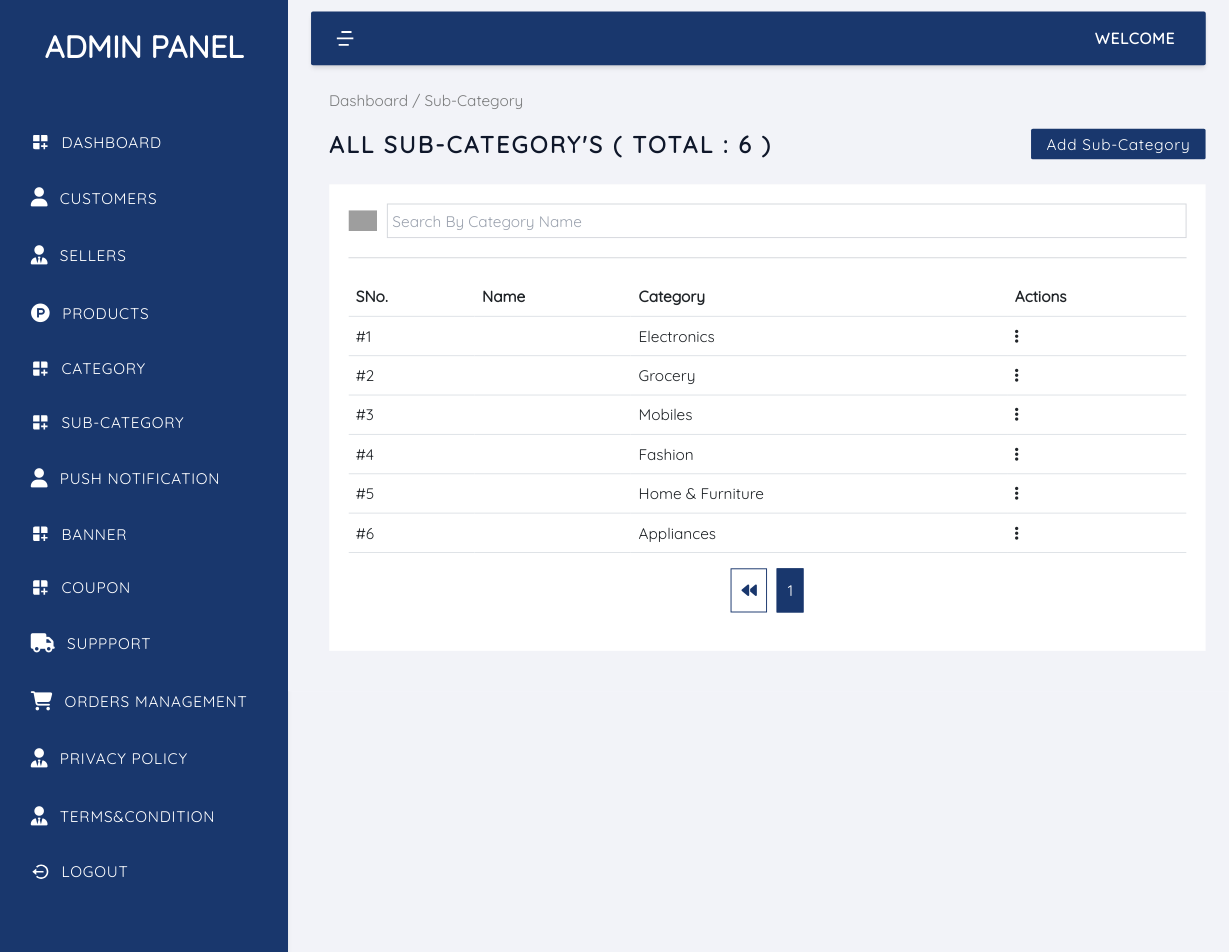
Repository: shishpal2000/admin.aschpro
Page: /SubCategory
An editor plug-in stored every save of this project. The page is shown before and after the next save, followed by the edit.
The browser window is 1280 px wide. The pictures show the whole page, at 96% of full size.
Pictures or frames that could not be fetched are drawn as grey boxes. Some web libraries are served in a nearby version. The project was rebuilt for these pictures with package versions that can differ from the ones it lists, and the page was loaded fresh each time. Also part of the build but not shown: src/E-CommerceAdmin/forms/Login.jsx, src/E-CommerceAdmin/pages/Dashboard.jsx, src/E-CommerceAdmin/pages/ECategory.js, src/E-CommerceAdmin/pages/EProduct.js, src/E-CommerceAdmin/pages/EVendorList.js, src/E-CommerceAdmin/pages/EAdminOrders.js, src/E-CommerceAdmin/pages/EAdminDelivery.js, src/E-CommerceAdmin/pages/EAdminCustomer.js and 6 more. Imported but missing from the stored project, and not drawn on this page: src/E-CommerceAdmin/pages/Complaints, src/E-CommerceAdmin/pages/Component/SpinnerComp, src/E-CommerceAdmin/pages/EAdmin, src/E-CommerceAdmin/pages/EAdminProduct, src/E-CommerceAdmin/pages/ESingleProduct, src/E-CommerceAdmin/pages/GetMeThis, src/E-CommerceAdmin/pages/HelpSupport.

Above is the page before, as saved 2023-06-28 16:48:59.

### public/index.html
<!-- @format -->

<!DOCTYPE html>
<html lang="en">
  <head>
    <meta charset="utf-8" />
    <meta name="viewport" content="width=device-width, initial-scale=1" />
    <meta name="theme-color" content="#000000" />
    <meta
      name="description"
      content="Web site created using create-react-app"
    />
    <link rel="icon" href="%PUBLIC_URL%/favicon.png" />
    <link rel="manifest" href="%PUBLIC_URL%/manifest.json" />
    <link rel="preconnect" href="https://fonts.googleapis.com" />
    <link rel="preconnect" href="https://fonts.gstatic.com" crossorigin />
    <link
      href="https://fonts.googleapis.com/css2?family=Roboto+Mono:ital,wght@1,300&display=swap"
      rel="stylesheet"
    />
    <link rel="preconnect" href="https://fonts.googleapis.com">
<link rel="preconnect" href="https://fonts.gstatic.com" crossorigin>
<link href="https://fonts.googleapis.com/css2?family=Quicksand&display=swap" rel="stylesheet">
    <title>Subharambh</title>
  </head>
  <body>
    <noscript>You need to enable JavaScript to run this app.</noscript>
    <div id="root"></div>
    <script src="https://code.jquery.com/jquery-3.6.0.min.js"></script>
    <script
      src="https://kit.fontawesome.com/b533b351e4.js"
      crossorigin="anonymous"
    ></script>
    <script
      type="module"
      src="https://unpkg.com/ionicons@7.1.0/dist/ionicons/ionicons.esm.js"
    ></script>
    <script
      nomodule
      src="https://unpkg.com/ionicons@7.1.0/dist/ionicons/ionicons.js"
    ></script>
  </body>
</html>

### src/E-CommerceAdmin/pages/ESubCategory.js
/** @format */
import React, { useEffect, useState } from "react";
import HOC from "../layout/HOC";
import {
  Table,
  Modal,
  Form,
  Button,
  Alert,
} from "react-bootstrap";
import { Dropdown, Menu } from "antd";

const ESubCategory = () => {
  const [modalShow, setModalShow] = React.useState(false);
  const [edit, setEdit] = useState("");

  const data = [
    {
      category: "Electronics",
      name : ""
    },
    {
      category: "Grocery",
    },
    {
      category: "Mobiles",
    },
    {
      category: "Fashion",
    },
    {
      category: "Home & Furniture",
    },
    {
      category  : "Appliances",
    },
  ];

  // Pagination and Filter
  const [query, setQuery] = useState("");
  const [currentPage2, setCurrentPage2] = useState(1);
  const [postPerPage2] = useState(10);
  const lastPostIndex2 = currentPage2 * postPerPage2;
  const firstPostIndex2 = lastPostIndex2 - postPerPage2;

  let pages2 = [];

  const TotolData = query
    ? data?.filter((i) => i?.name?.toLowerCase().includes(query?.toLowerCase()))
    : data;

  useEffect(() => {
    if (query) {
      setCurrentPage2(1);
    }
  }, [query]);

  const slicedData = TotolData?.slice(firstPostIndex2, lastPostIndex2);

  for (let i = 1; i <= Math.ceil(TotolData?.length / postPerPage2); i++) {
    pages2.push(i);
  }

  function Next() {
    setCurrentPage2(currentPage2 + 1);
  }

  function Prev() {
    if (currentPage2 !== 1) {
      setCurrentPage2(currentPage2 - 1);
    }
  }

  function MyVerticallyCenteredModal(props) {
    return (
      <Modal
        {...props}
        size="lg"
        aria-labelledby="contained-modal-title-vcenter"
        centered
      >
        <Modal.Header closeButton>
          <Modal.Title id="contained-modal-title-vcenter">
            {" "}
            {edit ? "Edit Sub Category" : " Add Sub Category"}
          </Modal.Title>
        </Modal.Header>
        <Modal.Body>
          <Form>

            <Form.Group className="mb-3">
              <Form.Label>Name</Form.Label>
              <Form.Control type="text" required />
            </Form.Group>

            <Button
              style={{ backgroundColor: "#19376d", borderRadius: "0" , border : '1px solid #19376d'}}
              type="submit"
            >
              Submit
            </Button>
          </Form>
        </Modal.Body>
      </Modal>
    );
  }

  return (
    <>
      <MyVerticallyCenteredModal
        show={modalShow}
        onHide={() => setModalShow(false)}
      />

      <section>
        <p className="headP">Dashboard /  Sub-Category</p>
        <div
          className="pb-4   w-full flex justify-between items-center"
          style={{ width: "98%", marginLeft: "2%" }}
        >
          <span
            className="tracking-widest text-slate-900 font-semibold uppercase"
            style={{ fontSize: "1.5rem" }}
          >
            All Sub-Category's ( Total : {data?.length} )
          </span>
          <button
            onClick={() => {
              setEdit(false);
              setModalShow(true);
            }}
            className="md:py-2 px-3 md:px-4 py-1 rounded-sm bg-[#19376d] text-white tracking-wider"
          >
            Add Sub-Category
          </button>
        </div>

        <section className="sectionCont">
          {data?.length === 0 || !data ? (
            <Alert>Sub-Categories Not Found</Alert>
          ) : (
            <>
              <div className="filterBox">
                <img
                  src="https://t4.ftcdn.net/jpg/01/41/97/61/360_F_141976137_kQrdYIvfn3e0RT1EWbZOmQciOKLMgCwG.jpg"
                  alt=""
                />
                <input
                  type="search"
                  placeholder="Search By Category Name"
                  onChange={(e) => setQuery(e.target.value)}
                />
              </div>

              <div className="overFlowCont">
                <Table>
                  <thead>
                    <tr>
                      <th>SNo.</th>
                      <th>Name</th>
                      <th>Category</th>
                      <th>Actions</th>
                    </tr>
                  </thead>
                  <tbody>
                    {slicedData?.map((i, index) => (
                      <tr key={index}>
                        <td>#{index + 1} </td>
                        <td>{i.name} </td>
                        <td> {i.category} </td>
                        <td>
                          <Dropdown
                            overlay={
                              <Menu>
                                <Menu.Item key="2">
                                  <div
                                    className="two_Sec_Div"
                                    onClick={() => {
                                      setEdit(true)
                                      setModalShow(true)
                                    }}
                                  >
                                    <i className="fa-solid fa-pen-to-square"></i>

                                    <p>Edit SubCategory</p>
                                  </div>
                                </Menu.Item>
                                <Menu.Item key="3">
                                  <div className="two_Sec_Div">
                                    <i className="fa-sharp fa-solid fa-trash"></i>
                                    <p>Delete SubCategory</p>
                                  </div>
                                </Menu.Item>
                              </Menu>
                            }
                            trigger={["click"]}
                          >
                            <i className="fa-solid fa-ellipsis-vertical"></i>
                          </Dropdown>
                        </td>
                      </tr>
                    ))}
                  </tbody>
                </Table>
                {/* Pagination */}
                <div className="pagination">
                  <button onClick={() => Prev()} className="prevBtn">
                    <i className="fa-solid fa-backward"></i>
                  </button>
                  {currentPage2 === 1 ? (
                    ""
                  ) : (
                    <button onClick={() => setCurrentPage2(1)}>1</button>
                  )}

                  {pages2
                    ?.slice(currentPage2 - 1, currentPage2 + 3)
                    .map((i, index) =>
                      i === pages2?.length ? (
                        ""
                      ) : (
                        <button
                          key={index}
                          onClick={() => setCurrentPage2(i)}
                          className={currentPage2 === i ? "activePage" : ""}
                        >
                          {" "}
                          {i}{" "}
                        </button>
                      )
                    )}

                  <button
                    onClick={() => setCurrentPage2(pages2?.length)}
                    className={
                      currentPage2 === pages2?.length ? "activePage" : ""
                    }
                  >
                    {" "}
                    {pages2?.length}{" "}
                  </button>

                  {currentPage2 === pages2?.length ? (
                    ""
                  ) : (
                    <button onClick={() => Next()} className="nextBtn">
                      {" "}
                      <i className="fa-sharp fa-solid fa-forward"></i>
                    </button>
                  )}
                </div>
              </div>
            </>
          )}
        </section>
      </section>
    </>
  );
};


export default HOC(ESubCategory);

### src/E-CommerceAdmin/layout/HOC.jsx
/** @format */

import React, { useState } from "react";
import Navbar from "./Navbar";
import Sidebar from "./Sidebar";

const HOC = (Wcomponenet) => {
  return function Component() {
    const [hamb, setHamb] = useState(false);
    return (
      <>
        <section
          className="flex overflow-x-hidden relative "
          style={{ backgroundColor: "#f2f3f8" }}
        >
          {/* Sidebar */}
          <div
            className={
              hamb
                ? " absolute top-0 z-30 md:w-auto shadow-md bg-slate-200  w-60 transition-all md:-left-full left duration-150  h-auto overflow-y-auto  left-0 "
                : " md:w-72 z-30 bg-slate-200  shadow-md  md:static absolute top-0 -left-full   transition-all duration-150  overflow-y-auto h-auto"
            }
            style={{ minWidth: "300px" }}
          >
            <Sidebar hamb={hamb} setHamb={setHamb} />
          </div>
          {/* Components & Navbar */}
          <div
            className={
              hamb
                ? " transition-all px-4 py-2  duration-150 w-full h-screen"
                : " w-full h-screen  px-4 py-2   z-50 transition-all duration-150 "
            }
            style={{ backgroundColor: "#f2f3f8" }}
          >
            <Navbar hamb={hamb} setHamb={setHamb} />
            <div className="my-6 text-#000 h-[87%] wcomp overflow-y-auto">
              {" "}
              <Wcomponenet />
            </div>
          </div>
        </section>
      </>
    );
  };
};

export default HOC;

### src/E-CommerceAdmin/layout/Navbar.jsx
/** @format */

import { RiMenu4Line } from "react-icons/ri";

const Navbar = ({ hamb, setHamb }) => {
  const AdminName = localStorage.getItem("AdminName")
  return (
    <>
      <div
        className={
          hamb
            ? "flex  w-full justify-between  my-1 rounded-sm  p-4 py-3 shadow-md items-center  bg-slate-200 space-x-4"
            : "flex  w-full justify-between my-1 rounded-sm  p-4 py-3 shadow-md items-center  bg-slate-200 space-x-4"
        }
        style={{ backgroundColor: "#19376d" }}
      >
        <RiMenu4Line
          onClick={() => setHamb(!hamb)}
          className="text-2xl font-bold text-gray-900 hover:scale-90 cursor-pointer"
          style={{ color: "#fff" }}
        />

        <section className="flex sm:ml-auto justify-end sm:w-full items-center space-x-2  pr-2">
          <figcaption className="tracking-wider pl-1 font-semibold">
            <div
              className="lg:text-base text-sm text-gray-900  uppercase"
              style={{ color: "#fff" }}
            >
              Welcome {AdminName}
            </div>
          </figcaption>
        </section>
      </div>
    </>
  );
};

export default Navbar;

### src/E-CommerceAdmin/layout/Sidebar.jsx
/** @format */

import React from "react";
import { RiCloseLine } from "react-icons/ri";
import { Link, useNavigate } from "react-router-dom";
import { BiLogOutCircle } from "react-icons/bi";
import { MdDashboardCustomize } from "react-icons/md";

const Sidebar = ({ hamb, setHamb }) => {
  const navigate = useNavigate();

  const nav = [
    {
      icon: <MdDashboardCustomize className="text-xl mr-3 rounded-full " />,
      link: "/dashboard ",
      name: "Dashboard",
    },

    {
      icon: (
        <i className="fa-solid fa-user text-xl mr-3 rounded-full"></i>
      ),
      link: "/Customer",
      name: "Customers",
    },
    {
      icon: <i className="fa-solid fa-user-tie text-xl mr-3 rounded-full"></i>,
      link: "/VendorList",
      name: "Sellers",
    },
    {
      icon: (
    <i className="fa-brands fa-product-hunt text-xl mr-3 rounded-full"></i>
      ),
      link: "/Product",
      name: "Products",
    },
    {
      icon: <MdDashboardCustomize className="text-xl mr-3 rounded-full " />,
      link: "/Category",
      name: "Category",
    },

    {
      icon: <MdDashboardCustomize className="text-xl mr-3 rounded-full " />,
      link: "/SubCategory",
      name: "Sub-Category",
    },
    {
      icon: <i className="fa-solid fa-user text-xl mr-3 rounded-full"></i>,
      link: "/pushNotification",
      name: "Push Notification",
    },

    {
      icon: <MdDashboardCustomize className="text-xl mr-3 rounded-full " />,
      link: "/banner",
      name: "Banner",
    },
    {
      icon: <MdDashboardCustomize className="text-xl mr-3 rounded-full " />,
      link: "/coupon",
      name: "Coupon",
    },

    {
      icon: <i className="fa-solid fa-truck  text-xl mr-3 rounded-full"></i>,
      link: "/Support",
      name: "Suppport",
    },
    {
      icon: (
        <i className="fa-solid fa-cart-shopping text-xl mr-3 rounded-full"></i>
      ),
      link: "/Orders",
      name: "Orders Management",
    },

    {
      icon: <i className="fa-solid fa-user-tie text-xl mr-3 rounded-full"></i>,
      link: "/privacy",
      name: "Privacy Policy",
    },
    {
      icon: <i className="fa-solid fa-user-tie text-xl mr-3 rounded-full"></i>,
      link: "/terms",
      name: "Terms&Condition",
    }
  ];

  const logOut = () => {
    localStorage.clear()
    navigate("/");
  };

  return (
    <>
      <aside
        className="p-4 h-auto"
        style={{ backgroundColor: "#19376d", minHeight: "100vh" }}
      >
        {/* Top */}
        <div className="w-full md:hidden relative  p-2 mb-4">
          <RiCloseLine
            onClick={() => setHamb(!hamb)}
            className="text-3xl  absolute top-2 sm:hover:rotate-[228deg] transition-transform font-bold right-2 sm:hover:text-[22px] text-[rgb(241,146,46)] cursor-pointer"
          />
        </div>{" "}
        <figure className="flex  flex-col items-center">
          <span
            className="font-bold text-[#fff]"
            style={{
              fontSize: "2rem",
              textAlign: "center",
              textTransform: "uppercase",
            }}
          >
            {" "}
            ADMIN PANEL
          </span>
        </figure>
        <nav className="py-6">
          {nav.map((nav) => {
            return (
              <Link
                to={nav.link}
                key={nav.name}
                className=""
                style={{ textDecoration: "none", textTransform: "uppercase" }}
              >
                <span
                  className="flex my-3 items-center cursor-pointer text-gray-900    tracking-wider p-2 rounded-sm"
                  style={{ color: "#FFF" }}
                >
                  {nav.icon} {nav.name}
                </span>
              </Link>
            );
          })}
          <span
            className="flex my-3 items-center cursor-pointer text-gray-900    tracking-wider p-2 rounded-sm"
            onClick={() => logOut()}
            style={{ color: "#FFF", textTransform: "uppercase" }}
          >
            <BiLogOutCircle className="text-xl mr-3 rounded-full " /> LogOut
          </span>
        </nav>
      </aside>
    </>
  );
};

export default Sidebar;

Loaded but not shown: tailwind.config.js (common file); src/App.js (70 lines, source omitted); src/index.js (15 lines, source omitted); src/index.css (533 lines, source omitted)

After the next save:
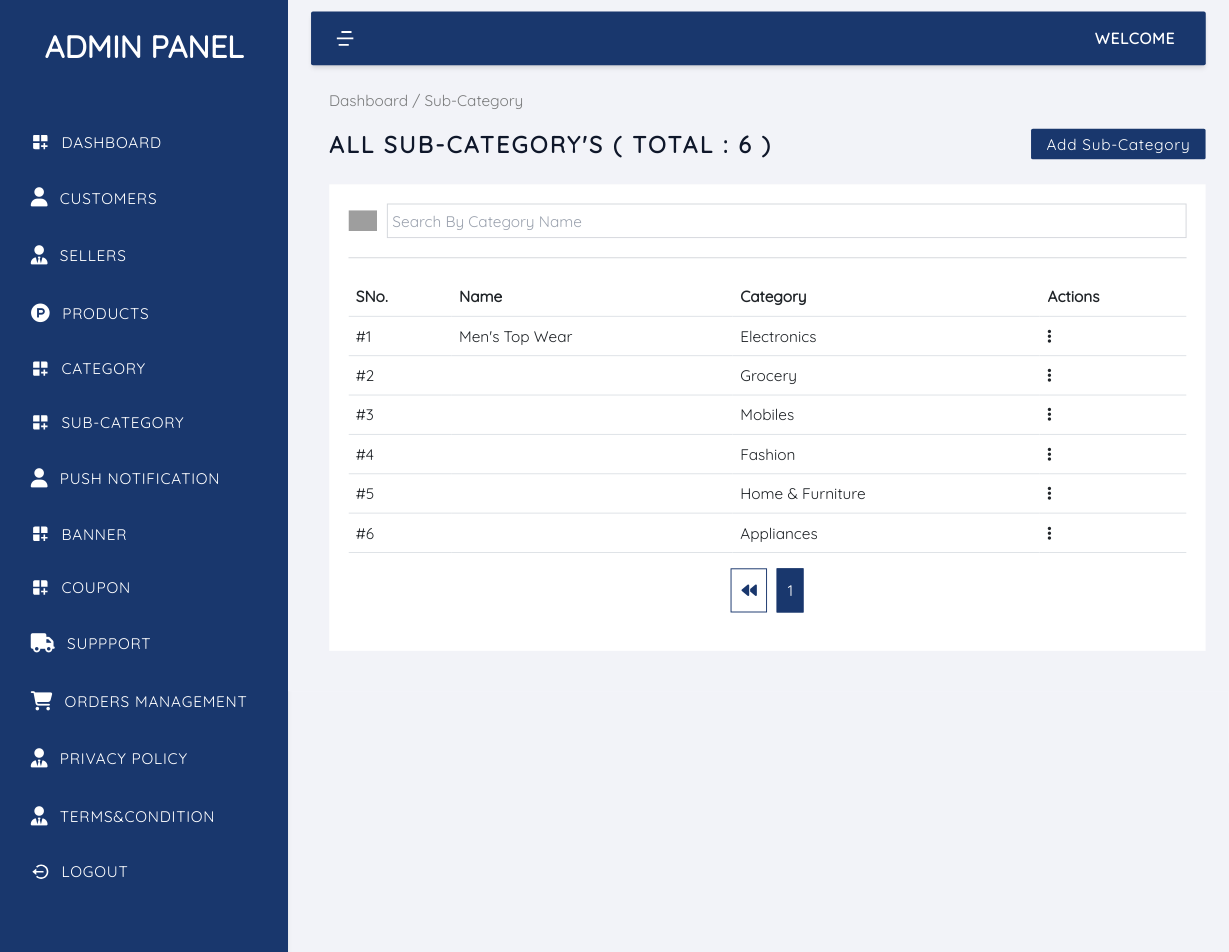
Saved 17 s later.
--- a/src/E-CommerceAdmin/pages/ESubCategory.js
+++ b/src/E-CommerceAdmin/pages/ESubCategory.js
@@ -17,7 +17,7 @@ const ESubCategory = () => {
   const data = [
     {
       category: "Electronics",
-      name : ""
+      name : "Men's Top Wear"
     },
     {
       category: "Grocery",
